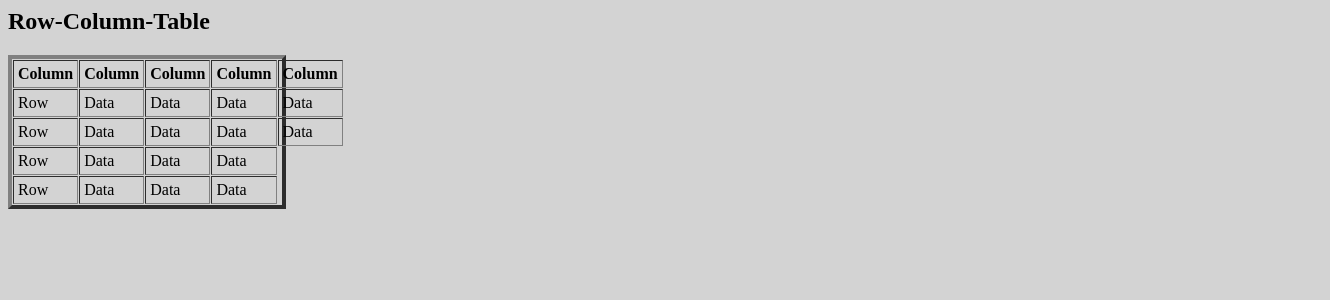
Repository: AdityaTech-Pro/FullStackWithBridgelabz
Page: Assignment2/table/index.html
The author's editor kept a copy of each file at every save. The page is drawn from the files as they stood at one save, then again after a run of saves.
The browser window is 1280 px wide. The page is 1280 px wide, then 1330 px, so the pictures cover 1330 px, including what lies to the right of the window. The pictures show the whole page.

Above is the page before, as saved 2025-10-15 08:51:17.

After the next 4 saves:
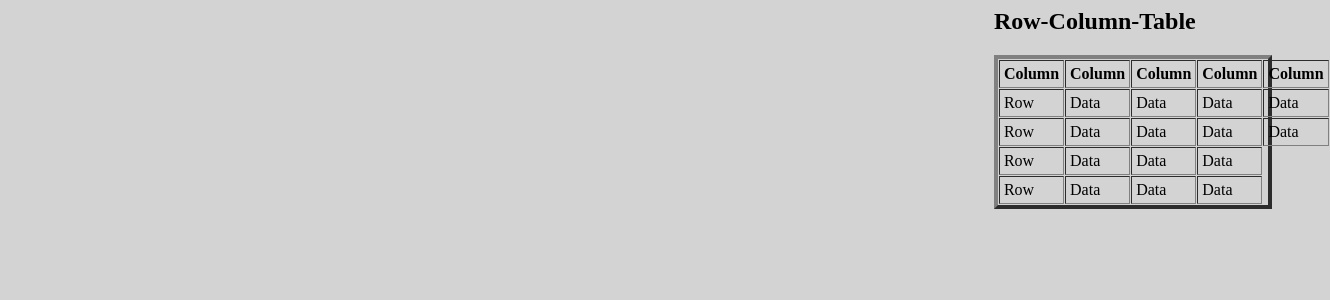
The 4 saves are shown as one change because they came seconds apart.
The last was saved 22 s later.
--- a/Assignment2/table/index.html
+++ b/Assignment2/table/index.html
@@ -12,7 +12,8 @@
 
         .center {
             display: block;
-            margin-left: auto%;
+            margin-left: auto;
+            <--margin-right: auto;
             width: 22%;
         }
     </style>
